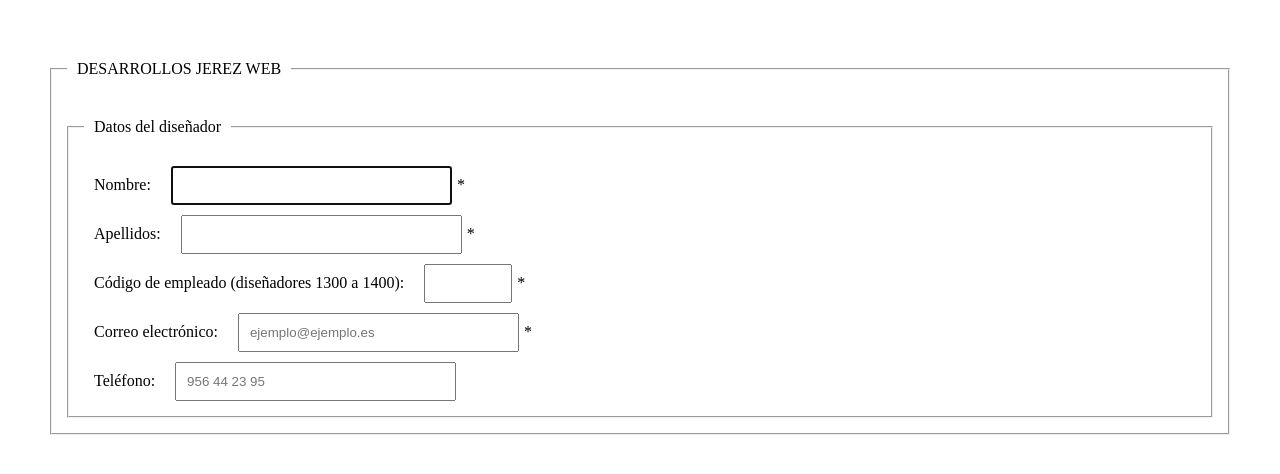
Repository: iSaan86/EV_Practica_FormularioCSS
Page: index.html
These files come from the project's save history. The page is drawn as it stood at one moment and after the next save; the edit follows.
The browser window is 1280 px wide. The pictures show the whole page.

Above is the page before, as saved 2024-01-11 16:44:37.

After the next save:
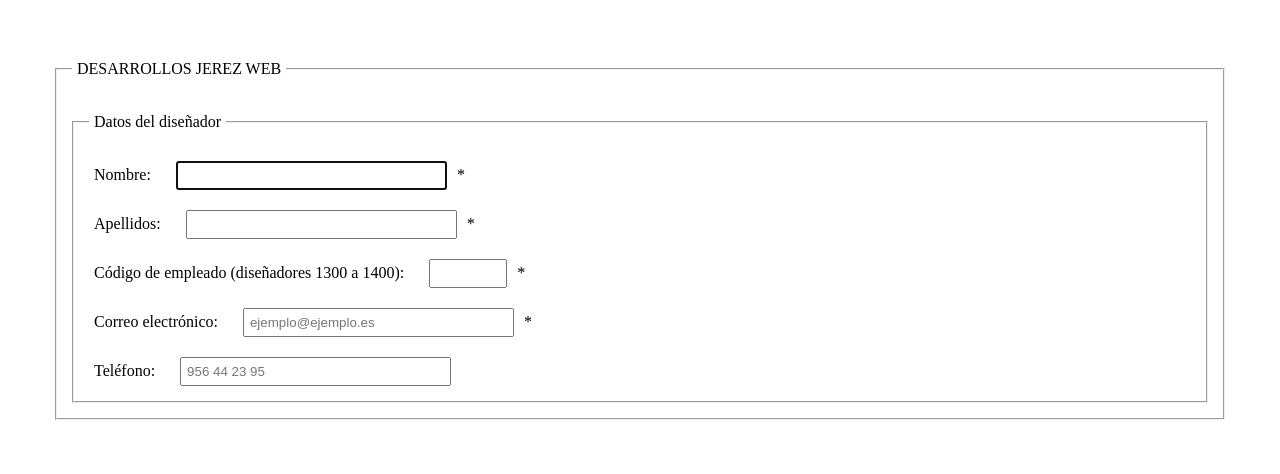
Saved 12 s later.
--- a/css/estilo.css
+++ b/css/estilo.css
@@ -2,6 +2,6 @@
 
 /* Para todo el html */
 *{
-    padding: 10px;
-    margin:5px;
+    padding: 5px;
+    margin:10px;
 }
